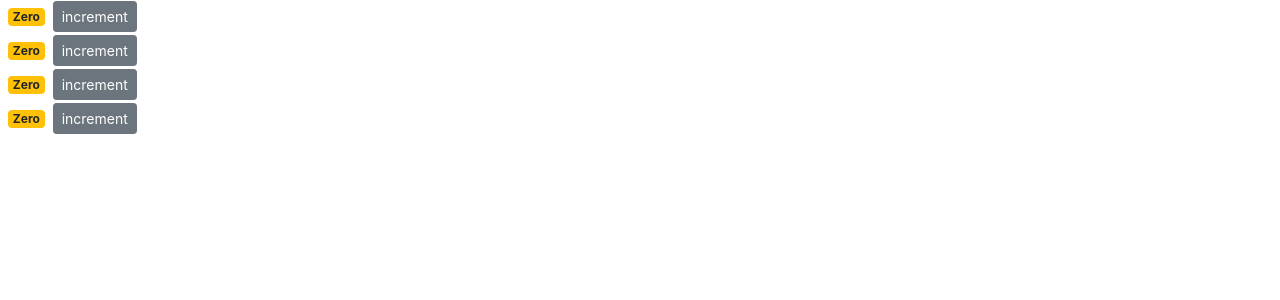
Repository: AvinashLikesToLearnNewStuff/Counter_app
Page: /
These files come from the project's save history. The page is drawn as it stood at one moment and after the next save; the edit follows.
The browser window is 1280 px wide. The pictures show the whole page.
The project was rebuilt for these pictures with package versions that can differ from the ones it lists, and the page was loaded fresh each time. Also part of the build but not shown: src/components/navbar.jsx, src/App.css, src/App.js.

Above is the page before, as saved 2023-03-15 08:35:32.

### src/index.js
import React from "react";
import ReactDOM from "react-dom/client";
import "./index.css";
import App from "./App";
import reportWebVitals from "./reportWebVitals";
import Counters from "./components/counters";
import "bootstrap/dist/css/bootstrap.css";

const root = ReactDOM.createRoot(document.getElementById("root"));
root.render(
  <React.StrictMode>
    <Counters />
  </React.StrictMode>
);

// If you want to start measuring performance in your app, pass a function
// to log results (for example: reportWebVitals(console.log))
// or send to an analytics endpoint. Learn more: https://bit.ly/CRA-vitals
reportWebVitals();

### src/components/counters.jsx
import React, { Component } from "react";
import Counter from "./counter";

class Counters extends Component {
  state = {
    counters: [
      { id: 1, value: 0 },
      { id: 2, value: 0 },
      { id: 3, value: 0 },
      { id: 4, value: 0 },
    ],
  };
  render() {
    return (
      <div>
        <Counter />
        <Counter />
        <Counter />
        <Counter />
      </div>
    );
  }
}

export default Counters;

### src/components/counter.jsx
import React, { Component } from "react";

class Counter extends Component {
  state = {
    count: 0,
    tags: ["tag1", "tag2", "tag3"],
  };

  handleIncrement = (product) => {
    console.log(product);
    this.setState({ count: this.state.count + 1 });
  };

  render() {
    return (
      <div>
        <span className={this.getBadgeClasses()}>{this.formatCount()}</span>
        <button
          onClick={() => this.HandleIncrement(product)}
          className="btn btn-secondary btn-sm"
        >
          increment
        </button>
      </div>
    );
  }

  getBadgeClasses() {
    let classes = "badge m-2 badge-";
    classes += this.state.count === 0 ? "warning" : "primary";
    return classes;
  }

  formatCount() {
    const { count } = this.state;
    return count === 0 ? "Zero" : count;
  }
}

export default Counter;

Loaded but not shown: public/index.html (common file); src/index.css (common file); src/reportWebVitals.js (common file)

After the next save:
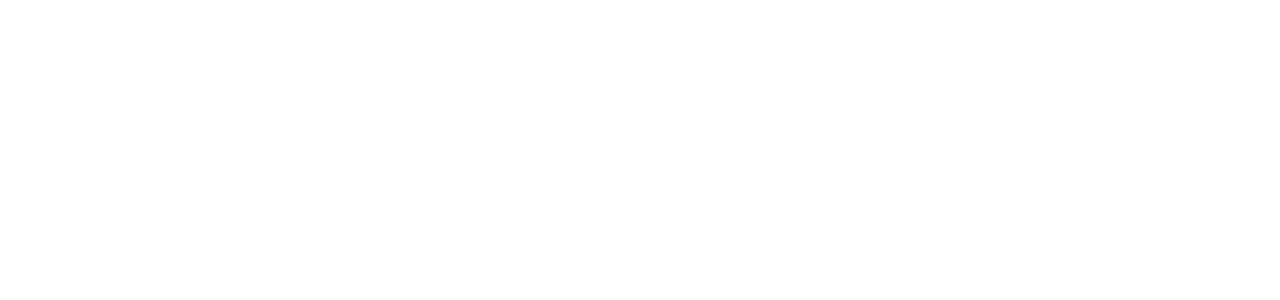
Saved 21 s later.
--- a/src/components/counters.jsx
+++ b/src/components/counters.jsx
@@ -11,14 +11,7 @@
     ],
   };
   render() {
-    return (
-      <div>
-        <Counter />
-        <Counter />
-        <Counter />
-        <Counter />
-      </div>
-    );
+    return <div></div>;
   }
 }
 

After the save that followed:
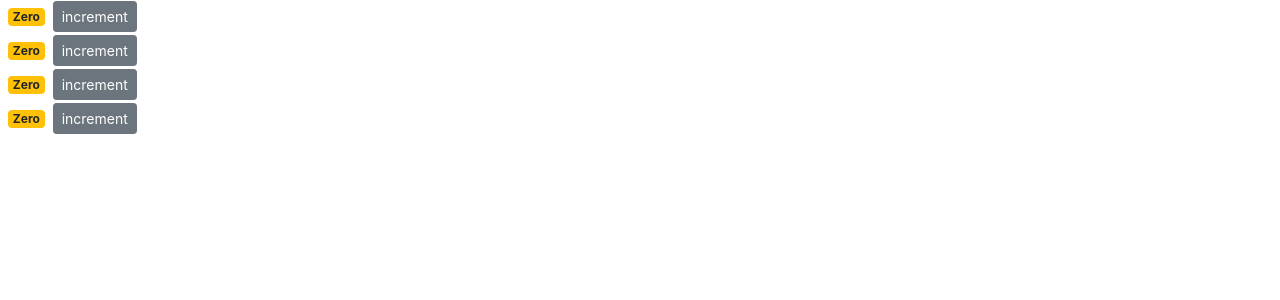
Saved 60 s later.
--- a/src/components/counters.jsx
+++ b/src/components/counters.jsx
@@ -11,7 +11,13 @@
     ],
   };
   render() {
-    return <div></div>;
+    return (
+      <div>
+        {this.state.counters.map((counter) => (
+          <Counter key={counter.id} />
+        ))}
+      </div>
+    );
   }
 }
 
